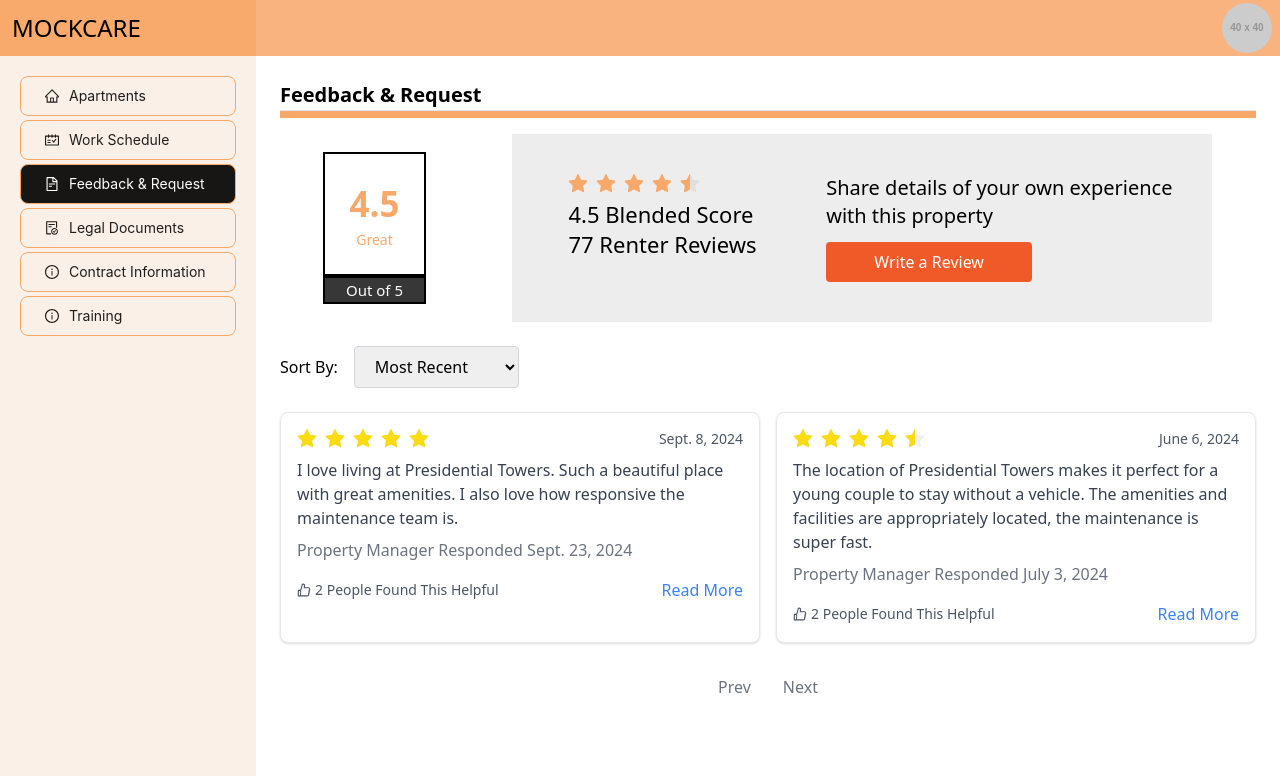
Repository: dunh-real/MockProject_102024_Nhom4
Page: / (app in frontend/)
These files come from the project's save history. The page is drawn as it stood at one moment and after the next save; the edit follows.
The browser window is 1280 px wide. The pictures show the whole page.
The project was rebuilt for these pictures with package versions that can differ from the ones it lists, and the page was loaded fresh each time. Also part of the build but not shown: frontend/vite.config.js, frontend/vite.config.ts, frontend/src/App.css, frontend/src/component/ReviewModal.tsx.

Above is the page before, as saved 2024-10-09 13:47:23.

After the next save:
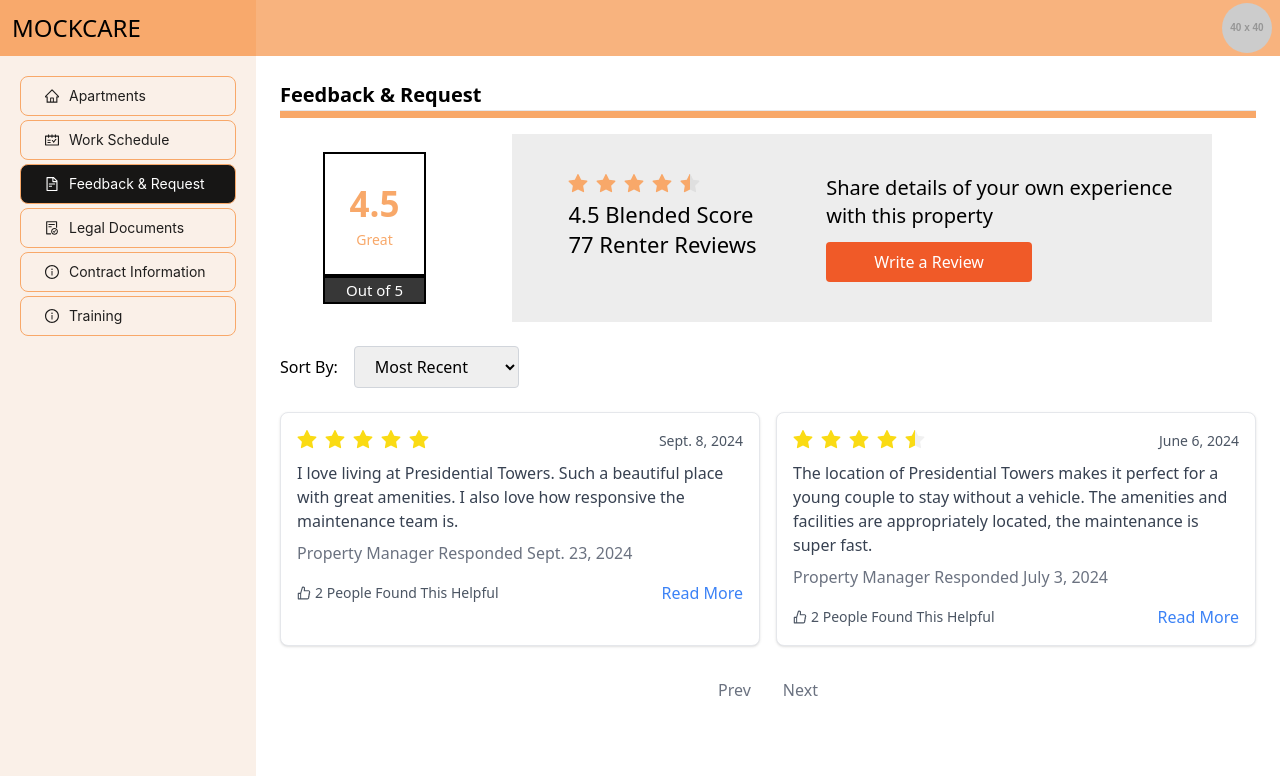
Saved 24 s later.
--- a/frontend/src/pages/Feedback&Request/Feedback&Request.tsx
+++ b/frontend/src/pages/Feedback&Request/Feedback&Request.tsx
@@ -10,14 +10,14 @@ interface Review {
     text: string;
     managerResponse: string;
     helpfulCount: number;
-    renter:string
+    renter: string
 }
 
 const reviews: Review[] = [
     {
         date: 'Sept. 8, 2024',
         rating: 5,
-        renter:'Verified Renter',
+        renter: 'Verified Renter',
         text: 'I love living at Presidential Towers. Such a beautiful place with great amenities. I also love how responsive the maintenance team is.',
         managerResponse: 'Property Manager Responded Sept. 23, 2024',
         helpfulCount: 2,
@@ -25,7 +25,7 @@ const reviews: Review[] = [
     {
         date: 'June 6, 2024',
         rating: 4.5,
-        renter:'Verified Renter',
+        renter: 'Verified Renter',
         text: 'The location of Presidential Towers makes it perfect for a young couple to stay without a vehicle. The amenities and facilities are appropriately located, the maintenance is super fast.',
         managerResponse: 'Property Manager Responded July 3, 2024',
         helpfulCount: 2,
@@ -79,16 +79,16 @@ const ReviewList: React.FC = () => {
                             </div>
                         </div>
                         <div className='bg-[#d9d9d97b] flex justify-between'
-                         style={{ width: '100%', maxWidth: '700px', padding:40, lineHeight:1}}
+                            style={{ width: '100%', maxWidth: '700px', padding: 40, lineHeight: 1 }}
                         >
                             <div className="ml-4 ">
-                                <Rate allowHalf defaultValue={4.5} disabled style={{color:'#F8A869'}} />
+                                <Rate allowHalf defaultValue={4.5} disabled style={{ color: '#F8A869' }} />
                                 <div className="text-[#000000] mt-2 mb-2 text-[22px]">4.5 Blended Score</div>
                                 <div className="text-[#000000]  font-extralight text-[22px]">77 Renter Reviews</div>
                             </div>
                             <div className=''>
-                                <p className='text-[#000000] font-extralight text-[20px] leading-7'>Share details of your own experience <br/>
-                                with this property</p>
+                                <p className='text-[#000000] font-extralight text-[20px] leading-7'>Share details of your own experience <br />
+                                    with this property</p>
                                 <button
                                     onClick={() => setShowModal(true)}
                                     className="bg-[#f05a28] text-white px-12 py-3 mt-3 rounded hover:bg-[#ff6a38] hover:text-black "
@@ -113,7 +113,9 @@ const ReviewList: React.FC = () => {
                         {reviews.slice((page - 1) * 2, page * 2).map((review, index) => (
                             <div key={index} className="p-4 border border-gray-200 rounded-lg bg-white shadow">
                                 <div className="flex justify-between items-center mb-2">
-                                    <Rate allowHalf defaultValue={review.rating} disabled />
+                                    <div>
+                                        <Rate allowHalf defaultValue={review.rating} disabled />
+                                    </div>
                                     <span className="text-sm text-gray-600">{review.date}</span>
                                 </div>
                                 <p className="text-gray-700">{review.text}</p>
